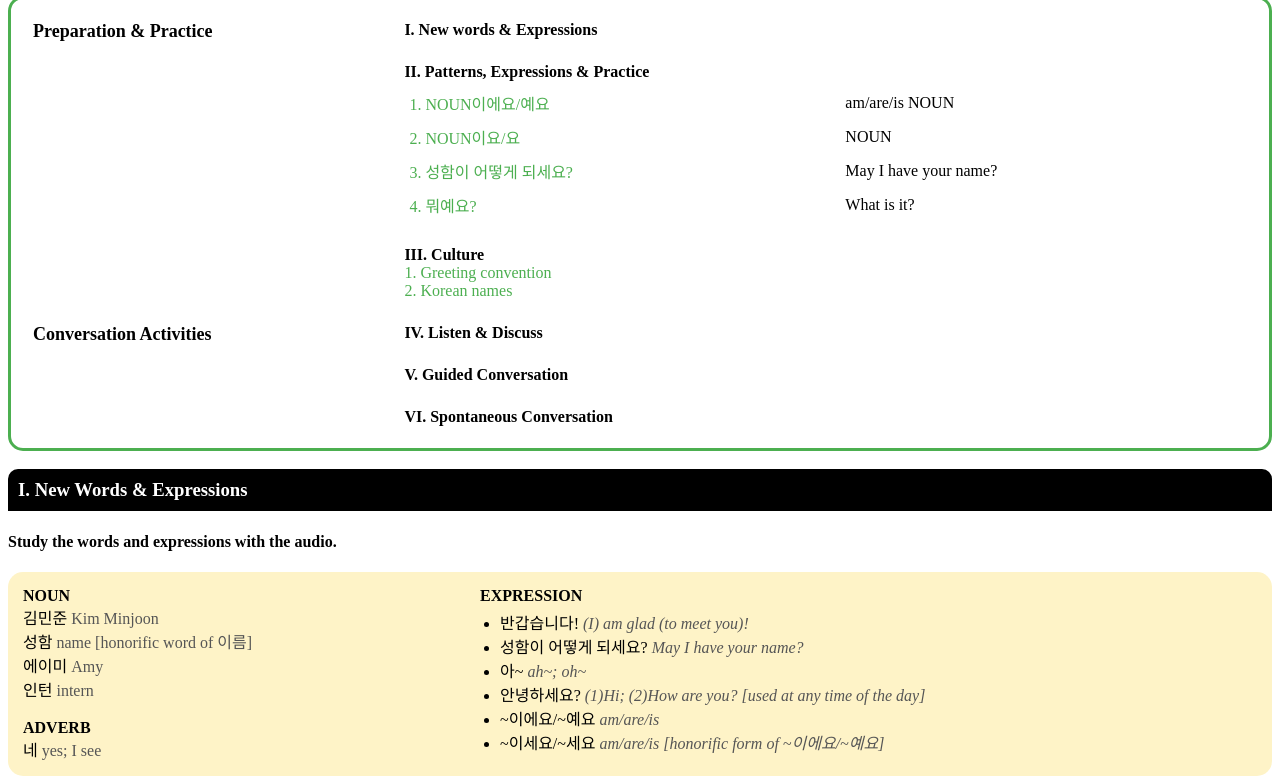
Repository: elliehong89/pineapple-content
Page: 1.anytimekorea/chap3/섹션1~3.html
An editor plug-in stored every save of this project. The page is shown before and after the next save, followed by the edit.
The browser window is 1280 px wide. The pictures show the part of the page from y = 416 to 1200 px (the page is 1200 px tall).
A picture or video elsewhere on the page could not be fetched, so the positions and the page height are approximate.

Above is the page before, as saved 2025-02-19 16:27:23.

### 1.anytimekorea/chap3/섹션1~3.html
<!-- +++++ 챕터 3 +++++  -->
<h2><strong>| Asking one's year in school and university</strong></h2>
<h4 class="caption">Asking one's year in school and university</h4>
<p><img src="http://api.pineapple.ac:80/textbook/textbookContents/images/9781635190151/0c3aafb0-3dfa-49e1-9001-c0cc26fb8da4.png"><br></p>
<!-- 섹션 2 -->
<div style="border: 3px solid #4CAF50; border-radius: 15px; padding: 10px;">
    <table style="border-collapse: collapse; width: 100%;">
        <tbody>
            <tr>
                <td rowspan="3" style="width: 30%; font-size: 18px; font-weight: bold; padding: 12px; vertical-align: top;">Preparation &amp; Practice</td>
                <td style="width: 70%; padding: 12px; font-weight: bold;">I. New words &amp; Expressions</td>
            </tr>
            <tr>
                <td style="padding: 12px;">
                    <strong>II. Patterns, Expressions &amp; Practice</strong>
                    <table style="width: 100%; border-collapse: collapse; margin-top: 5px;">
                        <tbody>
                            <tr>
                                <td style="color: #4CAF50; padding: 5px;">1. NOUN이에요/예요</td>
                                <td style="padding: 5px;">am/are/is NOUN</td>
                            </tr>
                            <tr>
                                <td style="color: #4CAF50; padding: 5px;">2. NOUN이요/요</td>
                                <td style="padding: 5px;">NOUN</td>
                            </tr>
                            <tr>
                                <td style="color: #4CAF50; padding: 5px;">3. 성함이 어떻게 되세요?</td>
                                <td style="padding: 5px;">May I have your name?</td>
                            </tr>
                            <tr>
                                <td style="color: #4CAF50; padding: 5px;">4. 뭐예요?</td>
                                <td style="padding: 5px;">What is it?</td>
                            </tr>
                        </tbody>
                    </table>
                </td>
            </tr>
            <tr>
                <td style="padding: 12px;">
                    <strong>III. Culture</strong><br>
                    <span style="color: #4CAF50;">1. Greeting convention</span><br>
                    <span style="color: #4CAF50;">2. Korean names</span><br>
                </td>
            </tr>
            <tr>
                <td rowspan="3" style="width: 30%; font-size: 18px; font-weight: bold; padding: 12px; vertical-align: top;">Conversation Activities</td>
                <td style="padding: 12px;"><strong>IV. Listen &amp; Discuss</strong></td>
            </tr>
            <tr>
                <td style="padding: 12px;"><strong>V. Guided Conversation</strong></td>
            </tr>
            <tr>
                <td style="padding: 12px;"><strong>VI. Spontaneous Conversation</strong></td>
            </tr>
        </tbody>
    </table>
</div>

<h3 style="border-top-left-radius: 10px; border-top-right-radius: 10px; color: #ffffff; background-color: #000000; padding: 10px;">I. New Words &amp; Expressions</h3>
<h4> Study the words and expressions with the audio.</h4>

<div style="border: 3px; background-color: rgb(254, 243, 199); border-radius: 15px; padding: 15px;">
    <div style="display: flex; gap: 20px;">
        <div style="width: 36%;">
            <div><strong>NOUN</strong></div>
            <div>김민준 <span style="color: #555;">Kim Minjoon</span></div>
            <div>성함 <span style="color: #555;">name [honorific word of 이름]</span></div>
            <div>에이미 <span style="color: #555;">Amy</span></div>
            <div>인턴 <span style="color: #555;">intern</span></div>
            <br>
            <div><strong>ADVERB</strong></div>
            <div>네 <span style="color: #555;">yes; I see</span></div>
        </div>
        <div style="width: 64%;">
            <div><strong>EXPRESSION</strong></div>
            <ul style="padding-left: 20px; margin: 5px 0;">
                <li>반갑습니다! <span style="color: #555;"><em>(I) am glad (to meet you)!</em></span></li>
                <li>성함이 어떻게 되세요? <span style="color: #555;"><em>May I have your name?</em></span></li>
                <li>아~ <span style="color: #555;"><em>ah~; oh~</em></span></li>
                <li>안녕하세요? <span style="color: #555;"><em>(1)Hi; (2)How are you? [used at any time of the day]</em></span></li>
                <li>~이에요/~예요 <span style="color: #555;"><em>am/are/is</em></span></li>
                <li>~이세요/~세요 <span style="color: #555;"><em>am/are/is [honorific form of ~이에요/~예요]</em></span></li>
            </ul>
        </div>
    </div>
</div>

After the next save:
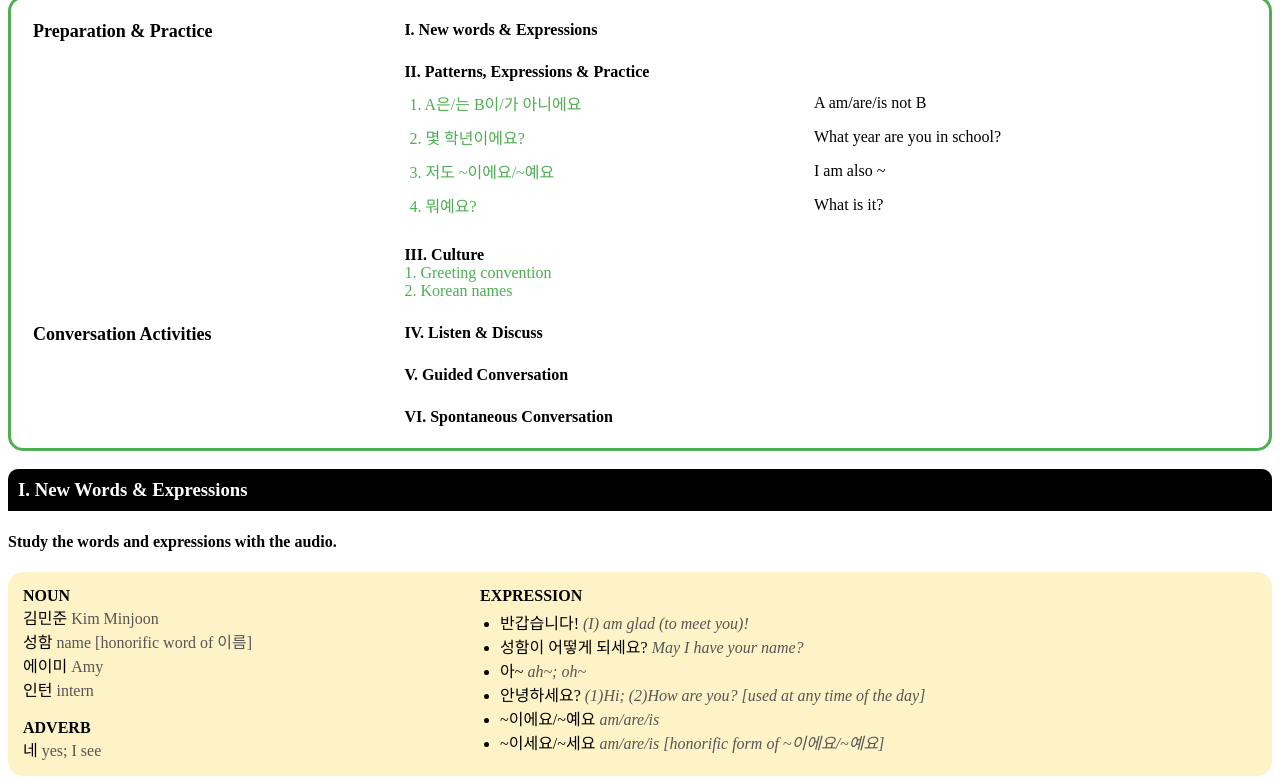
Saved 4 min 18 s later.
--- a/1.anytimekorea/chap3/섹션1~3.html
+++ b/1.anytimekorea/chap3/섹션1~3.html
@@ -16,16 +16,16 @@
                     <table style="width: 100%; border-collapse: collapse; margin-top: 5px;">
                         <tbody>
                             <tr>
-                                <td style="color: #4CAF50; padding: 5px;">1. NOUN이에요/예요</td>
-                                <td style="padding: 5px;">am/are/is NOUN</td>
+                                <td style="color: #4CAF50; padding: 5px;">1. A은/는 B이/가 아니에요</td>
+                                <td style="padding: 5px;">A am/are/is not B</td>
                             </tr>
                             <tr>
-                                <td style="color: #4CAF50; padding: 5px;">2. NOUN이요/요</td>
-                                <td style="padding: 5px;">NOUN</td>
+                                <td style="color: #4CAF50; padding: 5px;">2. 몇 학년이에요?</td>
+                                <td style="padding: 5px;">What year are you in school?</td>
                             </tr>
                             <tr>
-                                <td style="color: #4CAF50; padding: 5px;">3. 성함이 어떻게 되세요?</td>
-                                <td style="padding: 5px;">May I have your name?</td>
+                                <td style="color: #4CAF50; padding: 5px;">3. 저도 ~이에요/~예요</td>
+                                <td style="padding: 5px;">I am also ~</td>
                             </tr>
                             <tr>
                                 <td style="color: #4CAF50; padding: 5px;">4. 뭐예요?</td>
